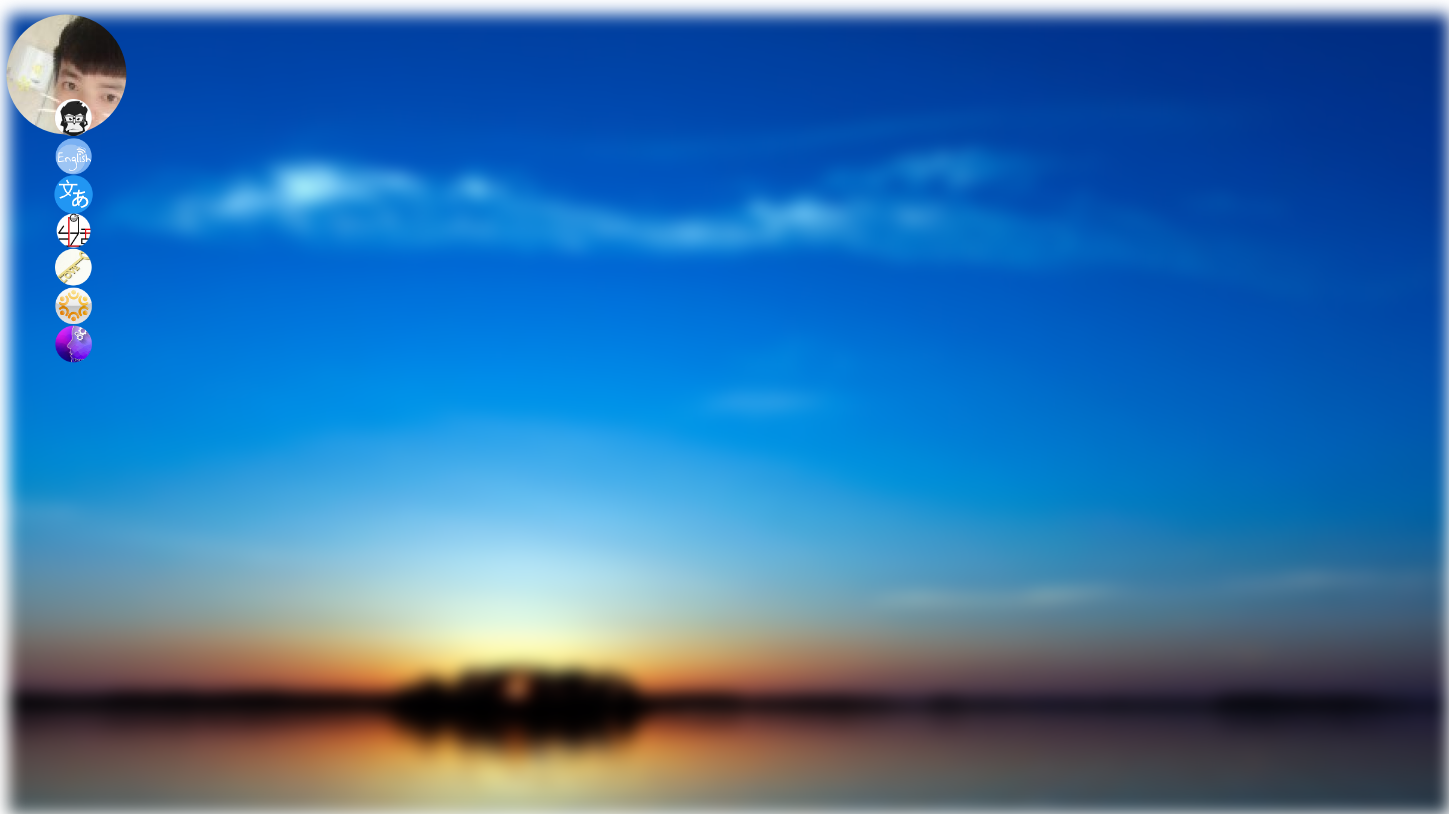
Repository: lidasi/monkeyLife
Page: http://localhost/monkeyLife/jsp/menubar.jsp
These files come from the project's save history. The page is drawn as it stood at one moment and after the next save; the edit follows.
The browser window is 1280 px wide. The page is 1811 px wide, so the pictures cover 1811 px, including what lies to the right of the window. The pictures show the whole page, at 80% of full size.
The page is served by Tomcat 9.

Above is the page before, as saved 2017-07-13 09:14:36.

After the next save:
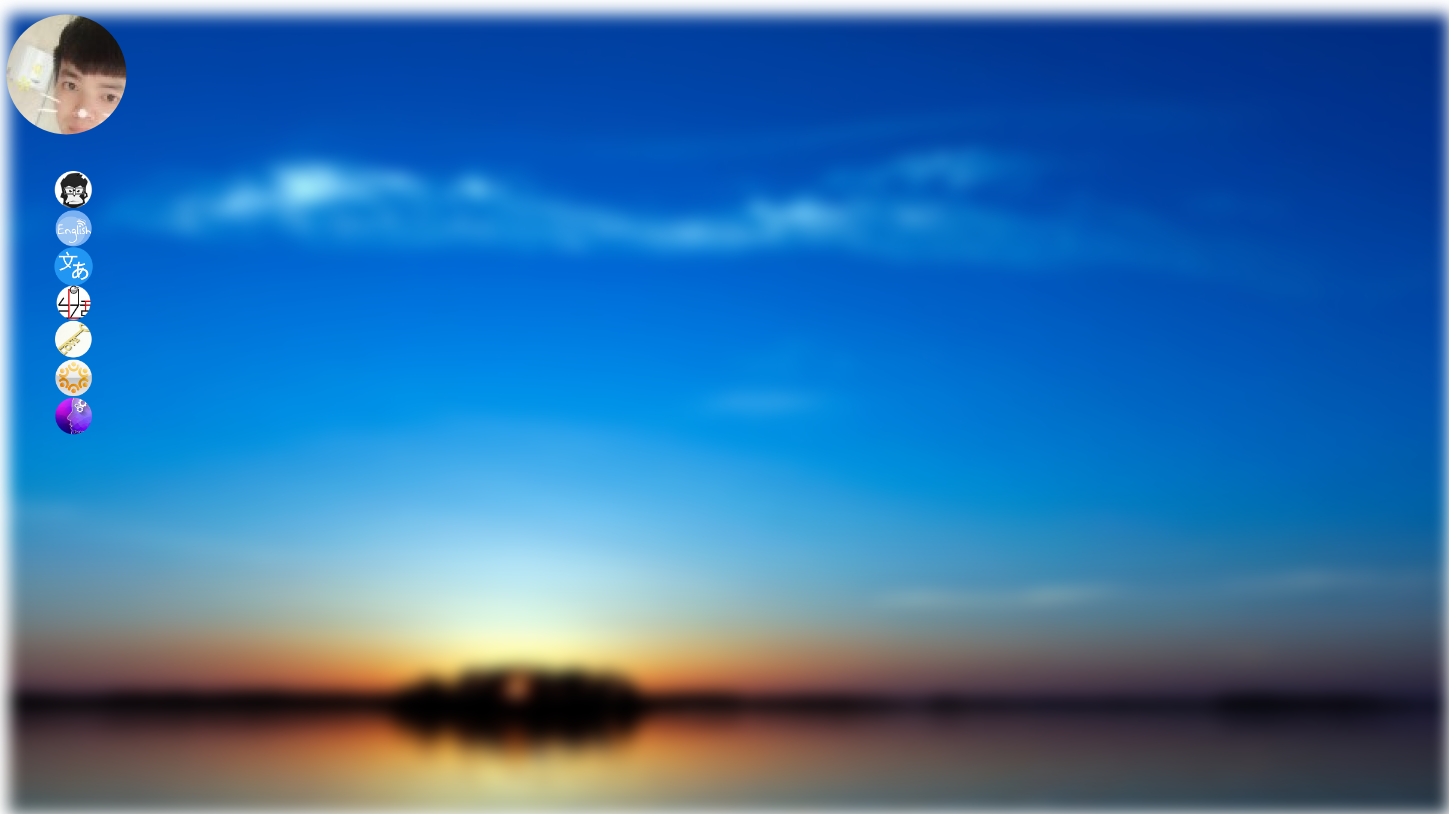
Saved 15 s later.
--- a/workSpeaces/monkeyLife/WebContent/css/menu.css
+++ b/workSpeaces/monkeyLife/WebContent/css/menu.css
@@ -42,7 +42,7 @@
 }
 #dockContainer {
 	position: absolute;
-	top: 60px;
+	top: 150px;
 	left: 20px; }
 #iframeDiv {
 	position: fixed;
